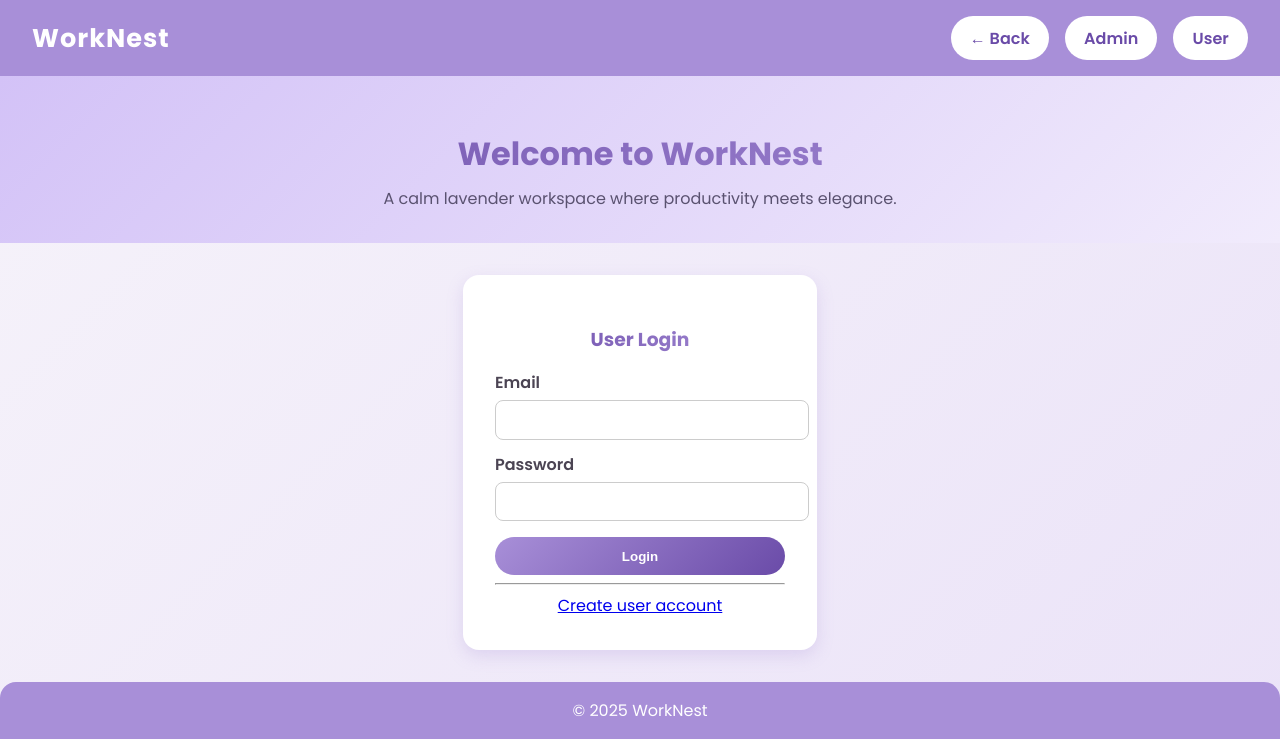
Repository: Sourav5harma/WiproProject
Page: http://localhost/WorkNestApp/WEB-INF/jsp/user-login.jsp
The author's editor kept a copy of each file at every save. The page is drawn from the files as they stood at one save, then again after the next save.
The browser window is 1280 px wide. The pictures show the whole page.
The page is served by Tomcat 9. Nobody is signed in. Other server files are loaded and not shown. The template is opened directly, without the code that normally fills it, so the values that code supplies are empty.

Above is the page before, as saved 2025-08-27 19:36:08.

### WorkNestApp/src/main/webapp/WEB-INF/jsp/user-login.jsp
<%@ page contentType="text/html;charset=UTF-8" language="java"%>
<%@ taglib prefix="c" uri="http://java.sun.com/jsp/jstl/core"%>
<!DOCTYPE html>
<html lang="en">
<head>
  <title>WorkNest - User Login</title>
  <link href="https://fonts.googleapis.com/css2?family=Poppins:wght@400;600;700&display=swap" rel="stylesheet">
  <style>
    body {
      margin: 0;
      min-height: 100vh;
      display: flex;
      flex-direction: column;
      font-family: 'Poppins', sans-serif;
      background: linear-gradient(135deg, #f6f3fa, #ebe3f8);
      color: #4b4453;
    }
    nav {
      display: flex;
      justify-content: space-between;
      align-items: center;
      background: #a88fd8;
      padding: 1rem 2rem;
    }
    nav .title {
      font-size: 1.6rem;
      font-weight: 700;
      color: white;
      letter-spacing: 1px;
    }
    nav .actions {
      display: flex;
      gap: 1rem;
      align-items: center;
    }
    nav .actions a {
      padding: 0.6rem 1.2rem;
      border-radius: 30px;
      background: white;
      color: #6a4ba8;
      font-weight: 600;
      text-decoration: none;
      transition: all 0.3s ease;
    }
    nav .actions a:hover {
      background: #d3c2f7;
      color: white;
    }
    .hero {
      text-align: center;
      padding: 2rem 1rem;
      background: linear-gradient(135deg, #d3c2f7, #f1ebfc);
    }
    .hero h1 {
      font-size: 2rem;
      margin-bottom: 0.5rem;
      background: linear-gradient(to right, #6a4ba8, #a88fd8);
      -webkit-background-clip: text;
      -webkit-text-fill-color: transparent;
    }
    .hero p {
      font-size: 1rem;
      color: #5a5270;
      max-width: 600px;
      margin: 0 auto;
    }
    .container {
      flex-grow: 1;
      max-width: 500px;
      margin: 2rem auto;
      padding: 2rem;
      background: white;
      border-radius: 1rem;
      box-shadow: 0 6px 16px rgba(168,143,216,0.25);
    }
    .container h3 {
      margin-bottom: 1rem;
      text-align: center;
      background: linear-gradient(to right, #6a4ba8, #a88fd8);
      -webkit-background-clip: text;
      -webkit-text-fill-color: transparent;
    }
    label {
      display: block;
      margin: 0.8rem 0 0.3rem;
      font-weight: 600;
    }
    input {
      width: 100%;
      padding: 0.7rem;
      border: 1px solid #ccc;
      border-radius: 8px;
    }
    .btn {
      display: inline-block;
      width: 100%;
      margin-top: 1rem;
      padding: 0.7rem 1.5rem;
      border-radius: 50px;
      background: linear-gradient(135deg, #a88fd8, #6a4ba8);
      color: white;
      font-weight: 600;
      text-decoration: none;
      transition: all 0.3s ease;
      text-align: center;
      border: none;
      cursor: pointer;
    }
    .btn:hover {
      box-shadow: 0 6px 16px rgba(168,143,216,0.4);
      transform: translateY(-2px);
    }
    footer {
      background: #a88fd8;
      color: white;
      padding: 1rem;
      text-align: center;
      border-top-left-radius: 1rem;
      border-top-right-radius: 1rem;
      margin-top: auto;
    }
  </style>
</head>
<body>
  <nav>
    <div class="title">WorkNest</div>
    <div class="actions">
      <a href="<c:url value='/'/>">&#8592; Back</a>
      <a href="<c:url value='/admin/login'/>">Admin</a>
      <a href="<c:url value='/user/login'/>">User</a>
    </div>
  </nav>

  <div class="hero">
    <h1>Welcome to WorkNest</h1>
    <p>A calm lavender workspace where productivity meets elegance.</p>
  </div>

  <div class="container">
    <h3>User Login</h3>
    <c:if test="${not empty error}">
      <div style="color:red; text-align:center; margin-bottom:1rem;">${error}</div>
    </c:if>
    <form method="post" action="<c:url value='/user/login'/>">
      <label>Email</label>
      <input name="email" required>

      <label>Password</label>
      <input name="password" type="password" required>

      <button type="submit" class="btn">Login</button>
    </form>
    <hr>
    <div style="text-align:center;">
      <a href="<c:url value='/user/register'/>">Create user account</a>
    </div>
  </div>

  <footer>© 2025 WorkNest</footer>
</body>
</html>

After the next save:
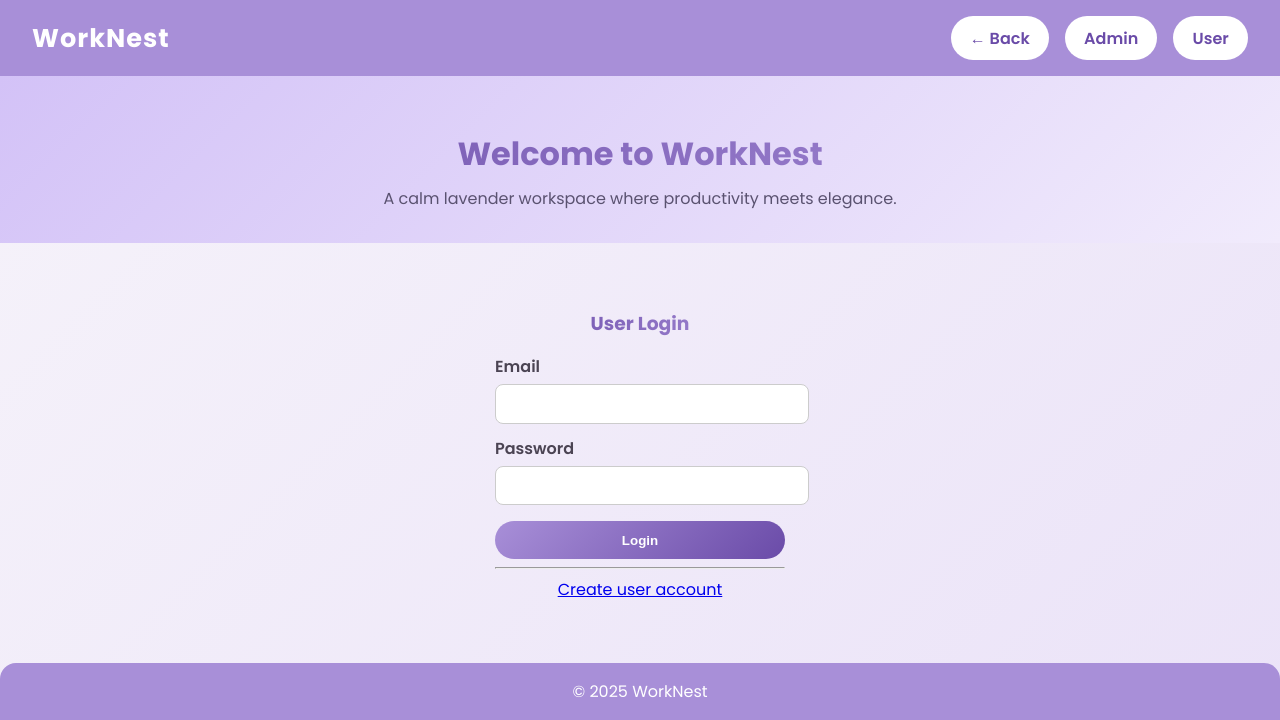
Saved 47 s later.
--- a/WorkNestApp/src/main/webapp/WEB-INF/jsp/user-login.jsp
+++ b/WorkNestApp/src/main/webapp/WEB-INF/jsp/user-login.jsp
@@ -64,16 +64,13 @@
       max-width: 600px;
       margin: 0 auto;
     }
-    .container {
+    .form-section {
       flex-grow: 1;
-      max-width: 500px;
+      max-width: 600px;
       margin: 2rem auto;
-      padding: 2rem;
-      background: white;
-      border-radius: 1rem;
-      box-shadow: 0 6px 16px rgba(168,143,216,0.25);
+      padding: 1rem 2rem;
     }
-    .container h3 {
+    .form-section h3 {
       margin-bottom: 1rem;
       text-align: center;
       background: linear-gradient(to right, #6a4ba8, #a88fd8);
@@ -136,7 +133,7 @@
     <p>A calm lavender workspace where productivity meets elegance.</p>
   </div>
 
-  <div class="container">
+  <div class="form-section">
     <h3>User Login</h3>
     <c:if test="${not empty error}">
       <div style="color:red; text-align:center; margin-bottom:1rem;">${error}</div>
